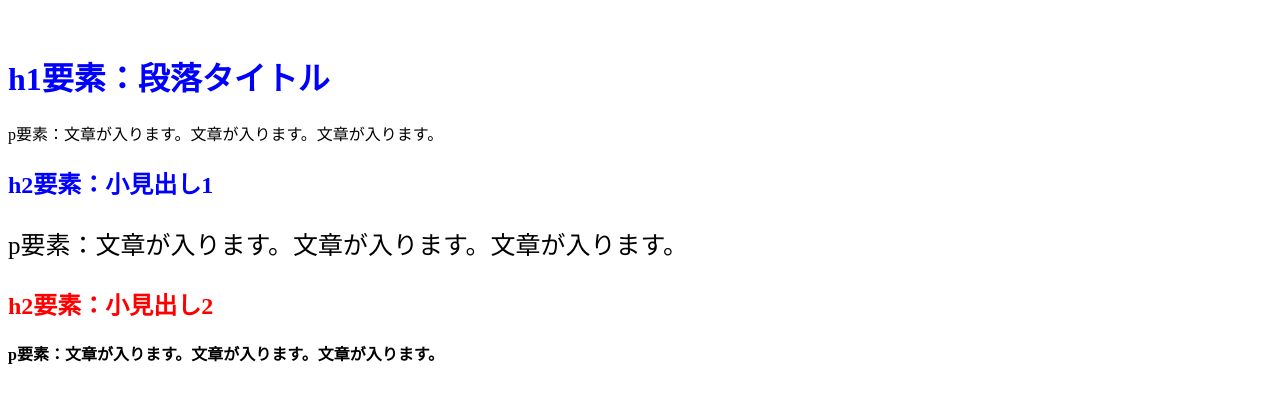
Repository: kota-nakasaka/samurai_HTML-CSS
Page: index.html
The author's editor kept a record of every edit. The page is drawn from the files as they stood at one moment, then again after the next edit.
The browser window is 1280 px wide. The pictures show the whole page.

Above is the page before.

After the next edit:
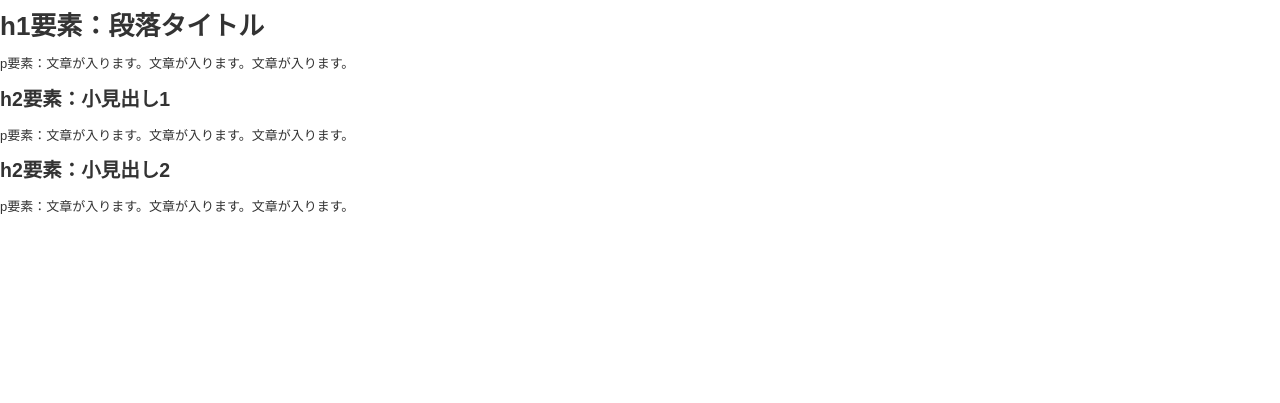
The edit:
--- a/index.html
+++ b/index.html
@@ -1,27 +1,21 @@
 <!DOCTYPE html>
 <html lang="ja">
   <head>
- 　  <meta charset="UTF-8">
-  　<title>HTML/CSSの学習</title>
-  　<style>
-      #red {
-        color: red;
-      }
-       .blue {
-         color: blue;
-       }
-  　</style>
+    <meta charset="UTF-8">
+    <title>HTML/CSSの学習</title>
+       <!-- stylesheet.cssの読み込み -->
+       <link rel="stylesheet" href="stylesheet.css">
   </head>
   <body>
     <h1 class="blue">h1要素：段落タイトル</h1>
     <p>p要素：文章が入ります。文章が入ります。文章が入ります。</p>
     <h2 class="blue">h2要素：小見出し1</h2>
-    <p style="font-size: 25px;">
+    <p class="fs-25">
       p要素：文章が入ります。文章が入ります。文章が入ります。
     </p>
     <h2 id="red">h2要素：小見出し2</h2>
-    <p style="font-weight: bold;">
+    <p class="fw-bold">
       p要素：文章が入ります。文章が入ります。文章が入ります。
     </p>
   </body>
-</html>
+ </html>
